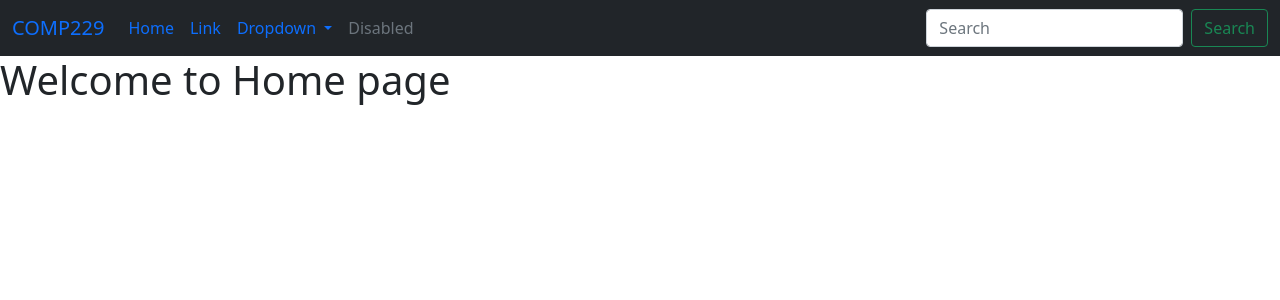
Repository: kiruriluap/COMP229-M2022-Labs
Page: http://localhost/
These files come from the project's save history. The page is drawn as it stood at one moment and after a run of saves; the edit follows.
The browser window is 1280 px wide. The pictures show the whole page.
The page is served by the project's Node server (server.js). Other server files are loaded and not shown.

Above is the page before, as saved 2022-05-28 17:18:44.

### week3-6 Partials - Copy - Copy/views/index.ejs
<!DOCTYPE html>
<html lang="en">
<head>
  <meta charset="UTF-8">
  <meta http-equiv="X-UA-Compatible" content="IE=edge">
  <meta name="viewport" content="width=device-width, initial-scale=1.0">
  <title><%= title %></title>
<!-- CSS Section -->
<link rel="stylesheet" href="/bootstrap/dist/css/bootstrap.min.css">
<link rel="stylesheet" href="/@fortawesome/fontawesome-free/css/all.min.css">
  <link rel='stylesheet' href='/content/app.css' />
</head>
<body>
  <!-- Main Navigator -->
  <nav class="navbar navbar-expand-lg bg-dark">
    <div class="container-fluid">
      <a class="navbar-brand" href="#">COMP229</a>
      <button class="navbar-toggler" type="button" data-bs-toggle="collapse" data-bs-target="#navbarSupportedContent" aria-controls="navbarSupportedContent" aria-expanded="false" aria-label="Toggle navigation">
        <span class="navbar-toggler-icon"></span>
      </button>
      <div class="collapse navbar-collapse" id="navbarSupportedContent">
        <ul class="navbar-nav me-auto mb-2 mb-lg-0">
          <li class="nav-item">
            <a class="nav-link active" aria-current="page" href="#">Home</a>
          </li>
          <li class="nav-item">
            <a class="nav-link" href="#">Link</a>
          </li>
          <li class="nav-item dropdown">
            <a class="nav-link dropdown-toggle" href="#" id="navbarDropdown" role="button" data-bs-toggle="dropdown" aria-expanded="false">
              Dropdown
            </a>
            <ul class="dropdown-menu" aria-labelledby="navbarDropdown">
              <li><a class="dropdown-item" href="#">Action</a></li>
              <li><a class="dropdown-item" href="#">Another action</a></li>
              <li><hr class="dropdown-divider"></li>
              <li><a class="dropdown-item" href="#">Something else here</a></li>
            </ul>
          </li>
          <li class="nav-item">
            <a class="nav-link disabled">Disabled</a>
          </li>
        </ul>
        <form class="d-flex" role="search">
          <input class="form-control me-2" type="search" placeholder="Search" aria-label="Search">
          <button class="btn btn-outline-success" type="submit">Search</button>
        </form>
      </div>
    </div>
  </nav>
  <h1>Welcome to <%= title %> page</h1>


<!-- Script Section -->
<script src="/jquery/dist/jquery.min.js"></script>
<script src="/bootstrap/dist/js/bootstrap.min.js"></script>
    <script src="/Scripts/app.js"></script>
</body>
</html>

### week3-6 Partials - Copy - Copy/server.js
#!/usr/bin/env node

/**
 * Module dependencies.
 */

var app = require('./app');
var debug = require('debug')('week3-2:server');
var http = require('http');

/**
 * Get port from environment and store in Express.
 */

var port = normalizePort(process.env.PORT || '3000');
app.set('port', port);

/**
 * Create HTTP server.
 */

var server = http.createServer(app);

/**
 * Listen on provided port, on all network interfaces.
 */

server.listen(port);
server.on('error', onError);
server.on('listening', onListening);

/**
 * Normalize a port into a number, string, or false.
 */

function normalizePort(val) {
  var port = parseInt(val, 10);

  if (isNaN(port)) {
    // named pipe
    return val;
  }

  if (port >= 0) {
    // port number
    return port;
  }

  return false;
}

/**
 * Event listener for HTTP server "error" event.
 */

function onError(error) {
  if (error.syscall !== 'listen') {
    throw error;
  }

  var bind = typeof port === 'string'
    ? 'Pipe ' + port
    : 'Port ' + port;

  // handle specific listen errors with friendly messages
  switch (error.code) {
    case 'EACCES':
      console.error(bind + ' requires elevated privileges');
      process.exit(1);
      break;
    case 'EADDRINUSE':
      console.error(bind + ' is already in use');
      process.exit(1);
      break;
    default:
      throw error;
  }
}

/**
 * Event listener for HTTP server "listening" event.
 */

function onListening() {
  var addr = server.address();
  var bind = typeof addr === 'string'
    ? 'pipe ' + addr
    : 'port ' + addr.port;
  debug('Listening on ' + bind);
}

### week3-6 Partials - Copy - Copy/routes/index.js
var express = require('express');
var router = express.Router();

/* GET Home page. */
router.get('/', function(req, res, next) {
  res.render('index', { title: 'Home' });
});

/* GET Home page. */
router.get('/home', function(req, res, next) {
  res.render('index', { title: 'Home' });
});

/* GET About Me page. */
router.get('/about', function(req, res, next) {
  res.render('index', { title: 'About' });
});

/* GET Projects page. */
router.get('/projects', function(req, res, next) {
  res.render('index', { title: 'Projects' });
});

/* GET Services page. */
router.get('/services', function(req, res, next) {
  res.render('index', { title: 'Services' });
});

/* GET Contact page. */
router.get('/Contact', function(req, res, next) {
  res.render('index', { title: 'Contact' });
});

module.exports = router;

### week3-6 Partials - Copy - Copy/app.js
//installed 3rd party packages
let createError = require('http-errors');
let express = require('express');
let path = require('path');
let cookieParser = require('cookie-parser');
let logger = require('morgan');

let indexRouter = require('./routes/index');
let usersRouter = require('./routes/users');

let app = express();

// view engine setup
app.set('views', path.join(__dirname, 'views'));
app.set('view engine', 'ejs');//express -e

app.use(logger('dev'));
app.use(express.json());
app.use(express.urlencoded({ extended: false }));
app.use(cookieParser());
app.use(express.static(path.join(__dirname, 'public')));
app.use(express.static(path.join(__dirname, 'node_modules')));

app.use('/', indexRouter);
app.use('/users', usersRouter);

// catch 404 and forward to error handler
app.use(function(req, res, next) {
  next(createError(404));
});

// error handler
app.use(function(err, req, res, next) {
  // set locals, only providing error in development
  res.locals.message = err.message;
  res.locals.error = req.app.get('env') === 'development' ? err : {};

  // render the error page
  res.status(err.status || 500);
  res.render('error');
});

module.exports = app;

### week3-6 Partials - Copy - Copy/public/Scripts/app.js
//IIFE --Immedistely involved function expression
(function(){

function start()
{
console.log("App started........");
}

window.addEventListener("load", start);

})();

### week3-6 Partials - Copy - Copy/public/Content/app.css
/* custom css goes here */

After the next 2 saves:
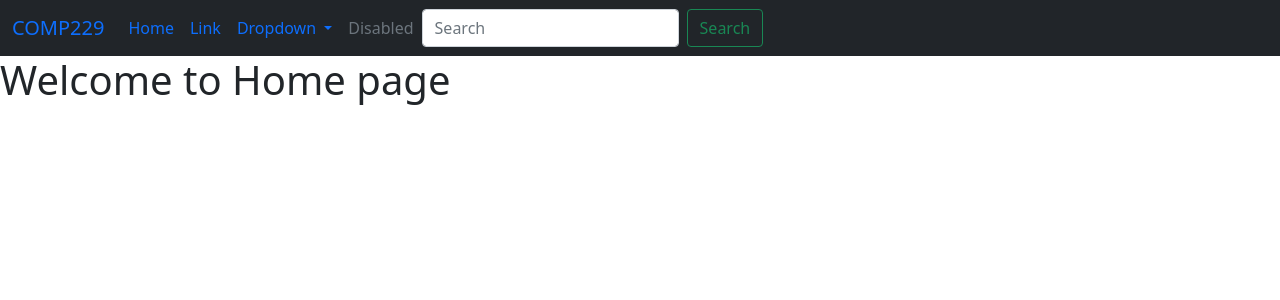
The 2 saves are shown as one change because they came seconds apart.
The last was saved 7 s later.
--- a/week3-6 Partials - Copy - Copy/views/index.ejs
+++ b/week3-6 Partials - Copy - Copy/views/index.ejs
@@ -19,7 +19,7 @@
         <span class="navbar-toggler-icon"></span>
       </button>
       <div class="collapse navbar-collapse" id="navbarSupportedContent">
-        <ul class="navbar-nav me-auto mb-2 mb-lg-0">
+        <ul class="navbar-nav ml-auto mb-2 mb-lg-0">
           <li class="nav-item">
             <a class="nav-link active" aria-current="page" href="#">Home</a>
           </li>
